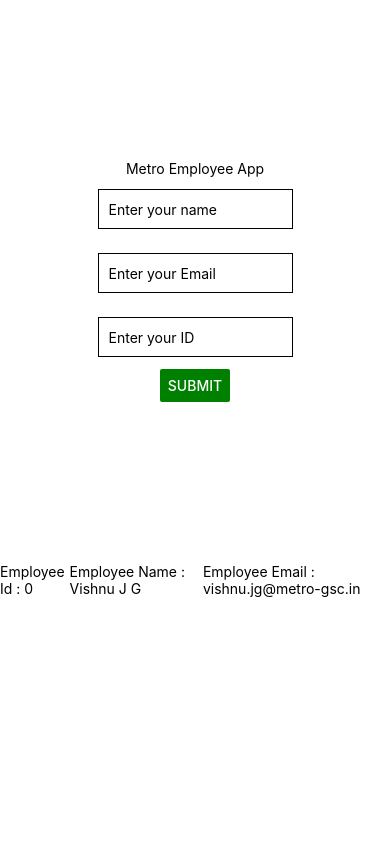
Repository: VishnuJG/Metro-Employee-App
Screen: /
An editor plug-in stored every save of this project. The screen is shown before and after the next save, followed by the edit.
The app was drawn by React Native's web renderer in a window 390 px wide. The project was rebuilt for these pictures with package versions that can differ from the ones it lists, and the page was loaded fresh each time. Some packages were replaced by stand-ins written for this rebuild.

Above is the screen before, as saved 2022-06-28 14:01:40.

### App.js
import { StatusBar } from 'expo-status-bar';
import React, { useState } from "react";
import { StyleSheet, Text, View, TextInput, Button, Alert} from 'react-native';
import { useDimensions } from '@react-native-community/hooks';
import Task from './components/Task';


export default function App() {

  // const {landscape}=useDimensions();
  const [emp, onEmpUpdate] = useState([{ id: 0, name: " Vishnu J G", email:"vishnu.jg@metro-gsc.in" }]);
  const [name, onChangeName] = useState("");
  const [email, onChangeEmail] = useState("");
  const [id, onChangeid] = useState(null);
  const onSubmit=(e)=>{
    e.preventDefault();
    if(!name){
      Alert.alert('Invalid Name', 'Invalid Name field',[{text: 'Okay', onPress:()=>{console.log("Okay Pressed")}},{text: 'No', onPress:()=>{console.log("No Pressed")}}])
    }
    if(!email){
      Alert.alert('Invalid Email', 'Invalid Email field',[{text: 'Okay', onPress:()=>{console.log("Okay Pressed")}},{text: 'No', onPress:()=>{console.log("No Pressed")}}])
    }
    if(!/\S+@\S+\.\S+/.test(email)){
      Alert.alert('Invalid Email', 'Invalid Email field',[{text: 'Okay', onPress:()=>{console.log("Okay Pressed")}},{text: 'No', onPress:()=>{console.log("No Pressed")}}])
    }
    if(!id){
      Alert.alert('Invalid Id', 'Invalid ID field',[{text: 'Okay', onPress:()=>{console.log("Okay Pressed")}},{text: 'No', onPress:()=>{console.log("No Pressed")}}])
    }
    console.log(name);
    console.log(email);
    console.log(id);
    const newEmp={id, name, email};
    onChangeName('');
    onChangeEmail('');
    onChangeid(null);
    onEmpUpdate([...emp, newEmp]);
  }
  return (
    <View style={styles.container} >
        <View style={styles.container}>
        <Text>Metro Employee App</Text>

        <TextInput
          style={styles.input}
          onChangeText={onChangeName}
          placeholder="Enter your name"
          value={name}
        />
        <TextInput
          style={styles.input}
          onChangeText={onChangeEmail}
          value={email}
          placeholder="Enter your Email"
          // keyboardType="numeric"
        />

        <TextInput
          style={styles.input}
          onChangeText={onChangeid}
          value={id}
          placeholder="Enter your ID"
          keyboardType="numeric"
        />
        <Button title="Submit"
          color="green"
          onPress={onSubmit}
          /></View>
        <View style={{flex:0.5, flexDirection: 'row'}}>
        {emp.map((newid)=>(<Task key={newid.id} ename={newid.name} eid={newid.id} eemail={newid.email}/>))}
        </View>
    </View>
  );
}

const styles = StyleSheet.create({
  container: {
    flex: 1,
    flexDirection: 'column',
    backgroundColor: '#fff',
    alignItems: 'center',
    justifyContent: 'center',
    fontSize: 20,
    // paddingTop:20,
    width:'100%',
  },
  input: {
    height: 40,
    margin: 12,
    borderWidth: 1,
    width:'50%',
    padding: 10,
  },

});

### components/Task.js
import { StatusBar } from 'expo-status-bar';
import React, { useState } from "react";
import { StyleSheet, Text, View, TextInput, Button, Alert} from 'react-native';
import { useDimensions } from '@react-native-community/hooks';


export default function Task(props) {
  console.log("Hello");
  return (
    <View style={styles.employee}>
      <Text>Employee Id : {props.eid}</Text>
      <Text>Employee Name : {props.ename}</Text>
      <Text>Employee Email : {props.eemail}</Text>

    </View>


  );
}

const styles = StyleSheet.create({
  employee:{
    width:'100%',
    flex:1,
    flexDirection:'row',
    justifyContent: 'left',
  }
});

After the next save:
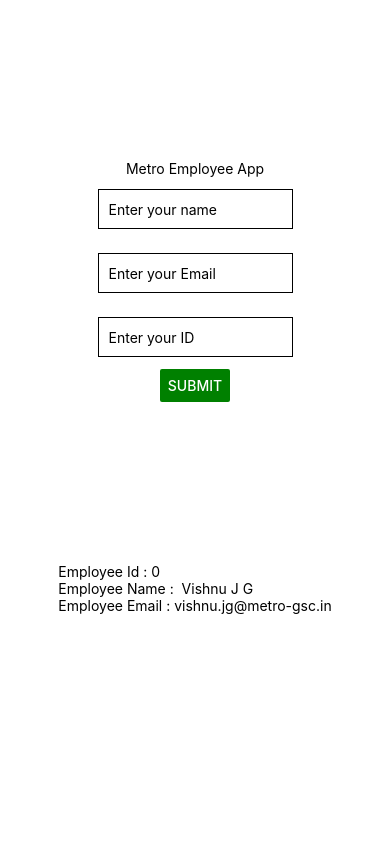
Saved 11 s later.
--- a/components/Task.js
+++ b/components/Task.js
@@ -22,7 +22,7 @@ const styles = StyleSheet.create({
   employee:{
     width:'100%',
     flex:1,
-    flexDirection:'row',
+    flexDirection:'column',
     justifyContent: 'left',
   }
 });
